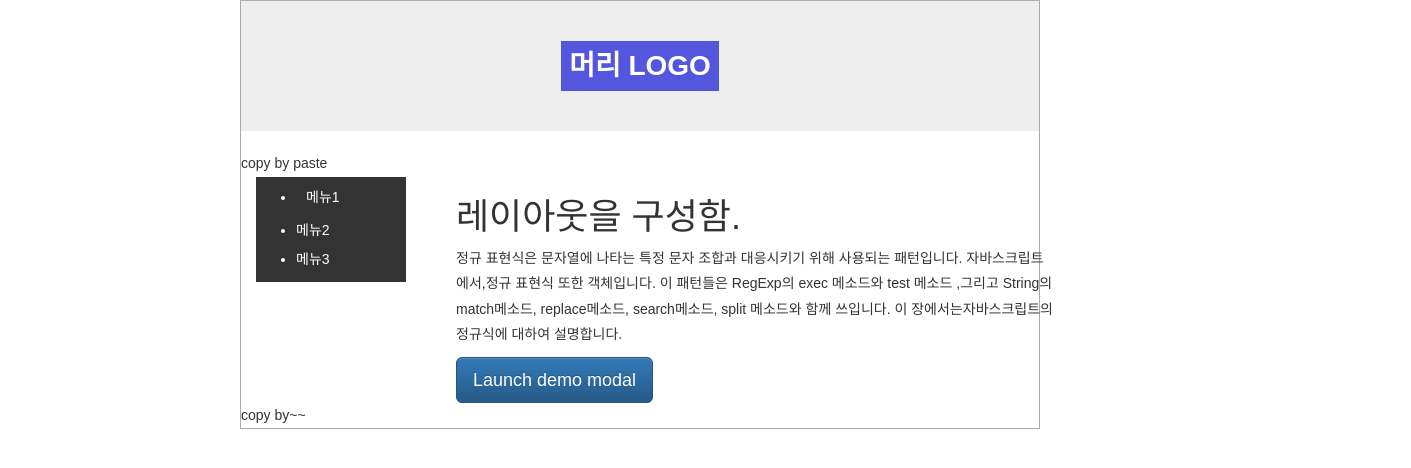
Repository: yoojisoo/YONSAI
Page: http://localhost/teatJava/
An editor plug-in stored every save of this project. The page is shown before and after the next save, followed by the edit.
The browser window is 1280 px wide. The page is 1411 px wide, so the pictures cover 1411 px, including what lies to the right of the window. The pictures show the whole page.
The page is served by Tomcat 9.

Above is the page before, as saved 2021-08-23 06:27:32.

After the next save:
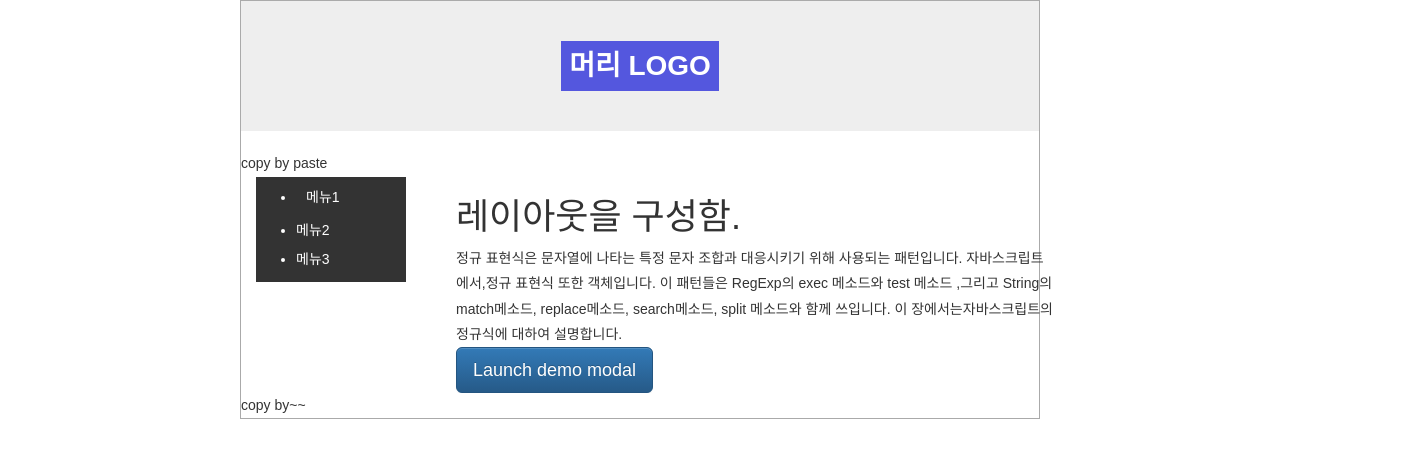
Saved 34 s later.
--- a/jsworkspace/teatJava/src/main/webapp/index.jsp
+++ b/jsworkspace/teatJava/src/main/webapp/index.jsp
@@ -105,7 +105,7 @@ body {
 			</div>
 			<div class="content">
 				<h1>레이아웃을 구성함.</h1>
-				<p>정규 표현식은 문자열에 나타는 특정 문자 조합과 대응시키기 위해 사용되는 패턴입니다. 자바스크립트에서,정규 	표현식 또한 객체입니다. 이 패턴들은 RegExp의 exec 메소드와 test 메소드 ,그리고 String의 match메소드, replace메소드, search메소드, split 메소드와 함께 쓰입니다. 이 장에서는자바스크립트의 정규식에 대하여 설명합니다.</p>
+				<div>정규 표현식은 문자열에 나타는 특정 문자 조합과 대응시키기 위해 사용되는 패턴입니다. 자바스크립트에서,정규 	표현식 또한 객체입니다. 이 패턴들은 RegExp의 exec 메소드와 test 메소드 ,그리고 String의 match메소드, replace메소드, search메소드, split 메소드와 함께 쓰입니다. 이 장에서는자바스크립트의 정규식에 대하여 설명합니다.</div>
 			<!-- Button trigger modal -->
 			<button type="button" class="btn btn-primary btn-lg"
 				data-toggle="modal" data-target="#myModal">Launch demo	modal</button>
